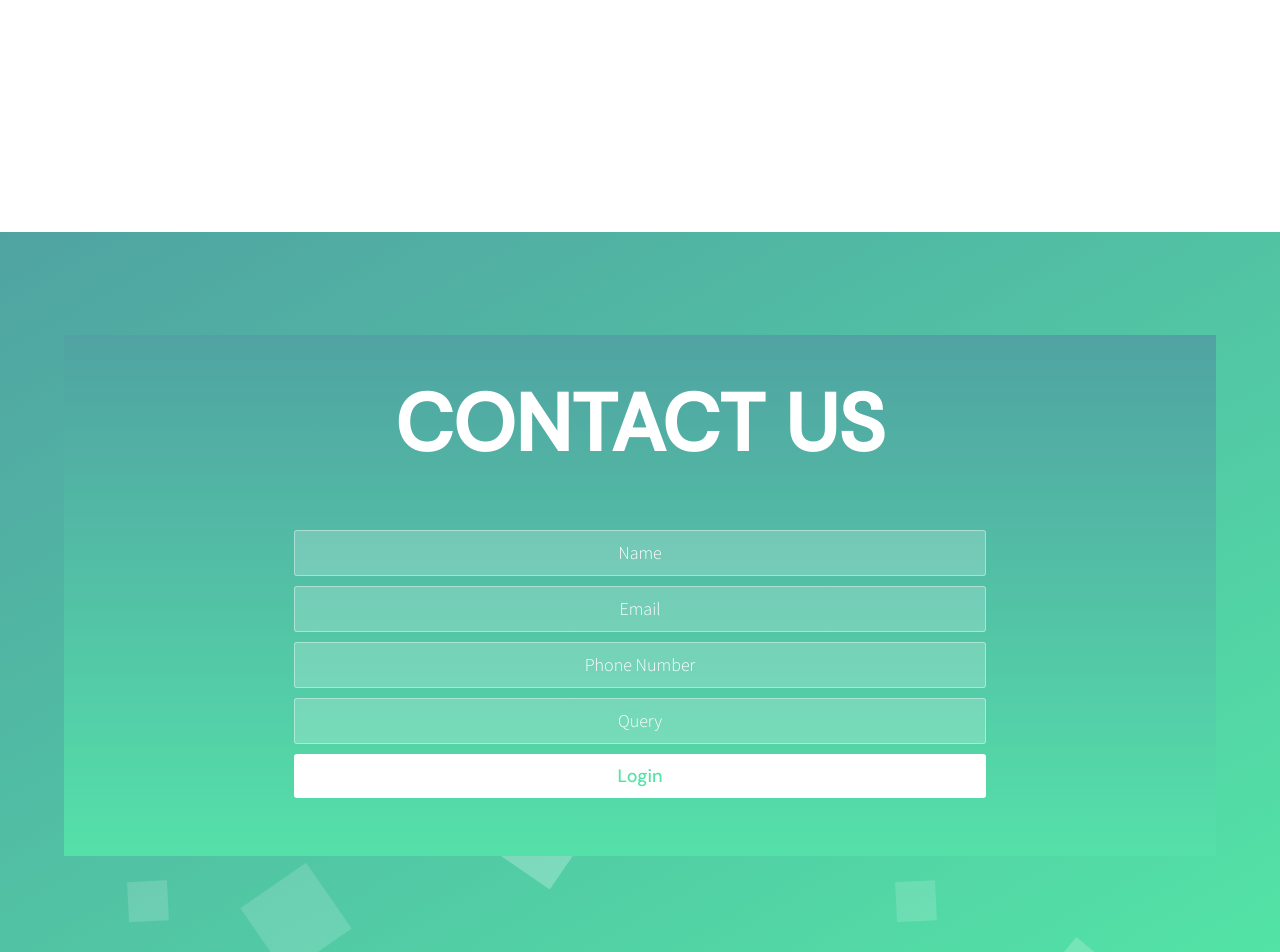
Repository: Jrap-bit/PeriodofSharing
Page: index.html
An editor plug-in stored every save of this project. The page is shown before and after the next save, followed by the edit.
The browser window is 1280 px wide. The pictures show the part of the page from y = 1325 to 2277 px (the page is 2277 px tall).

Above is the page before, as saved 2022-01-16 01:29:14.

After the next save:
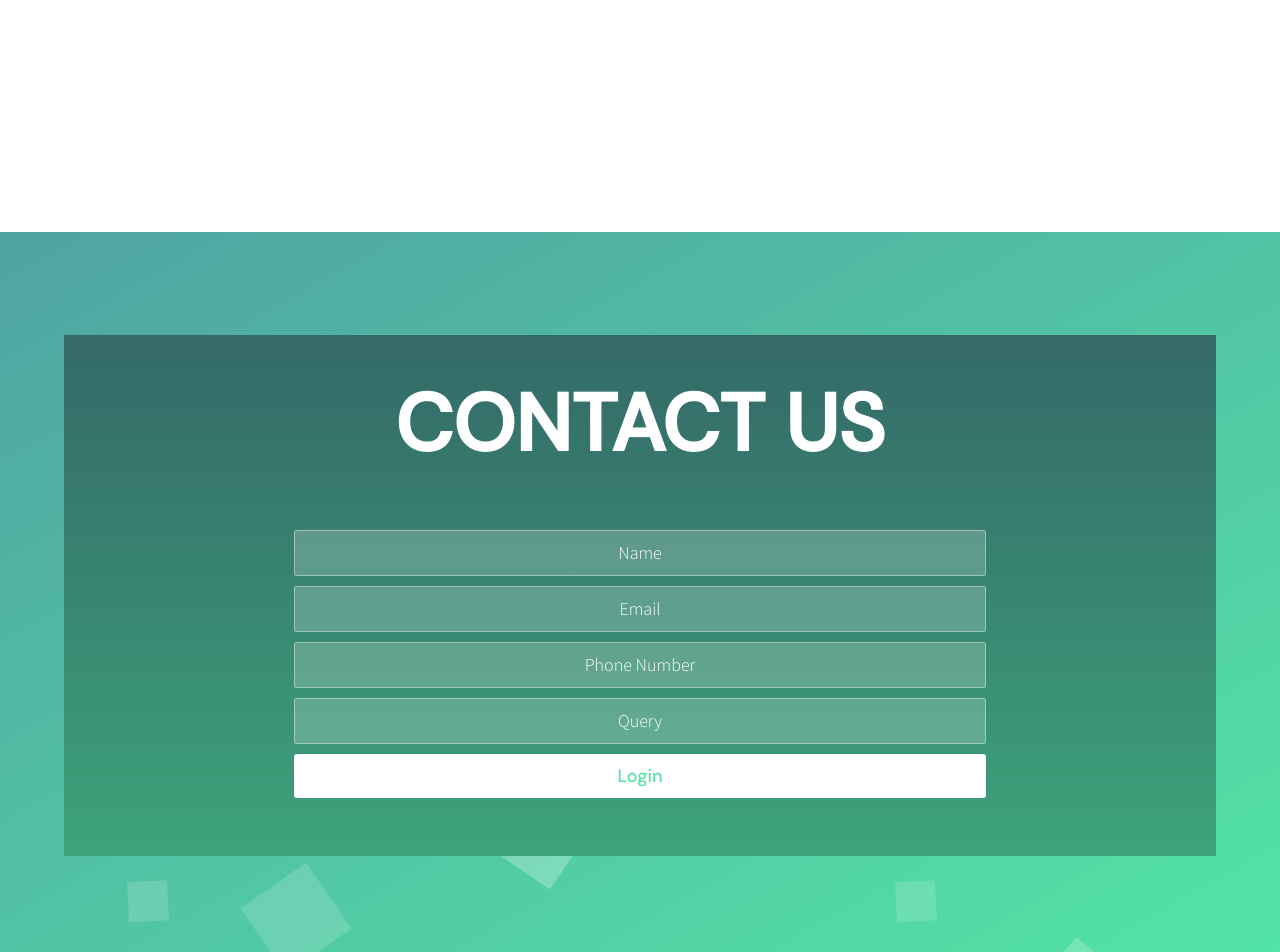
Saved 16 s later.
--- a/style.css
+++ b/style.css
@@ -74,7 +74,7 @@ form {
     display:flexbox;
     justify-content: center;
     align-items: center;
-    background: linear-gradient(#50a3a2,#55e0a9), #ddd;
+    background: linear-gradient(#346968,#3da37a), #ddd;
     padding: 5% 0;
     position: relative;
     z-index: 2;
